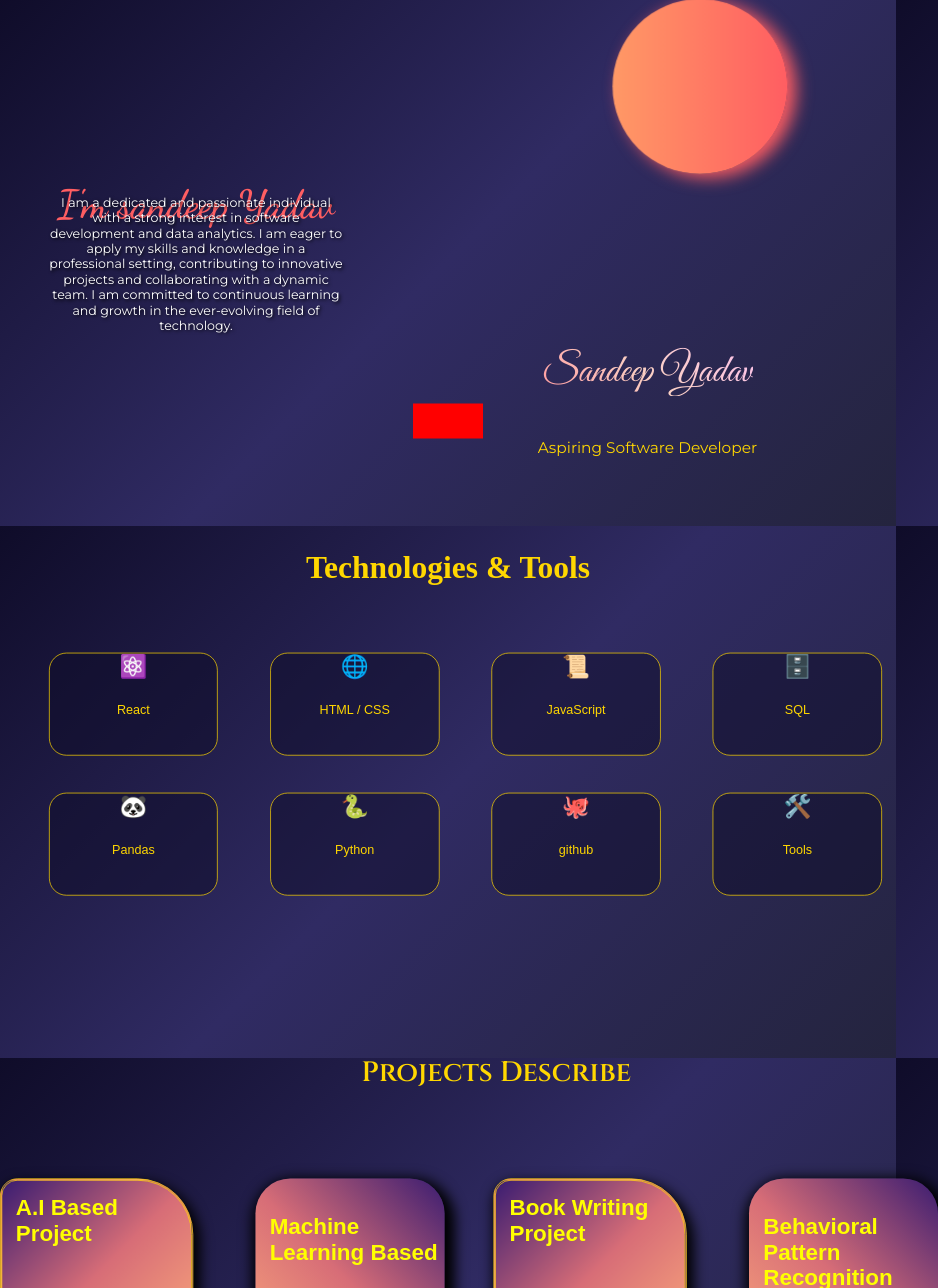
Repository: SandeepYadav18717/Sandeep_portfolio
Page: /
The author's editor kept a copy of each file at every save. The page is drawn from the files as they stood at one save, then again after the next save.
The browser window is 1280 px wide. The page is 1340 px wide, so the pictures cover 1340 px, including what lies to the right of the window. The pictures show the part of the page from y = 768 to 2608 px (the page is 3735 px tall before and 3790 px after), at 70% of full size.
The project was rebuilt for these pictures with package versions that can differ from the ones it lists, and the page was loaded fresh each time. Also part of the build but not shown: vite.config.js, src/index.css.

Above is the page before, as saved 2025-09-02 02:12:22.

After the next save:
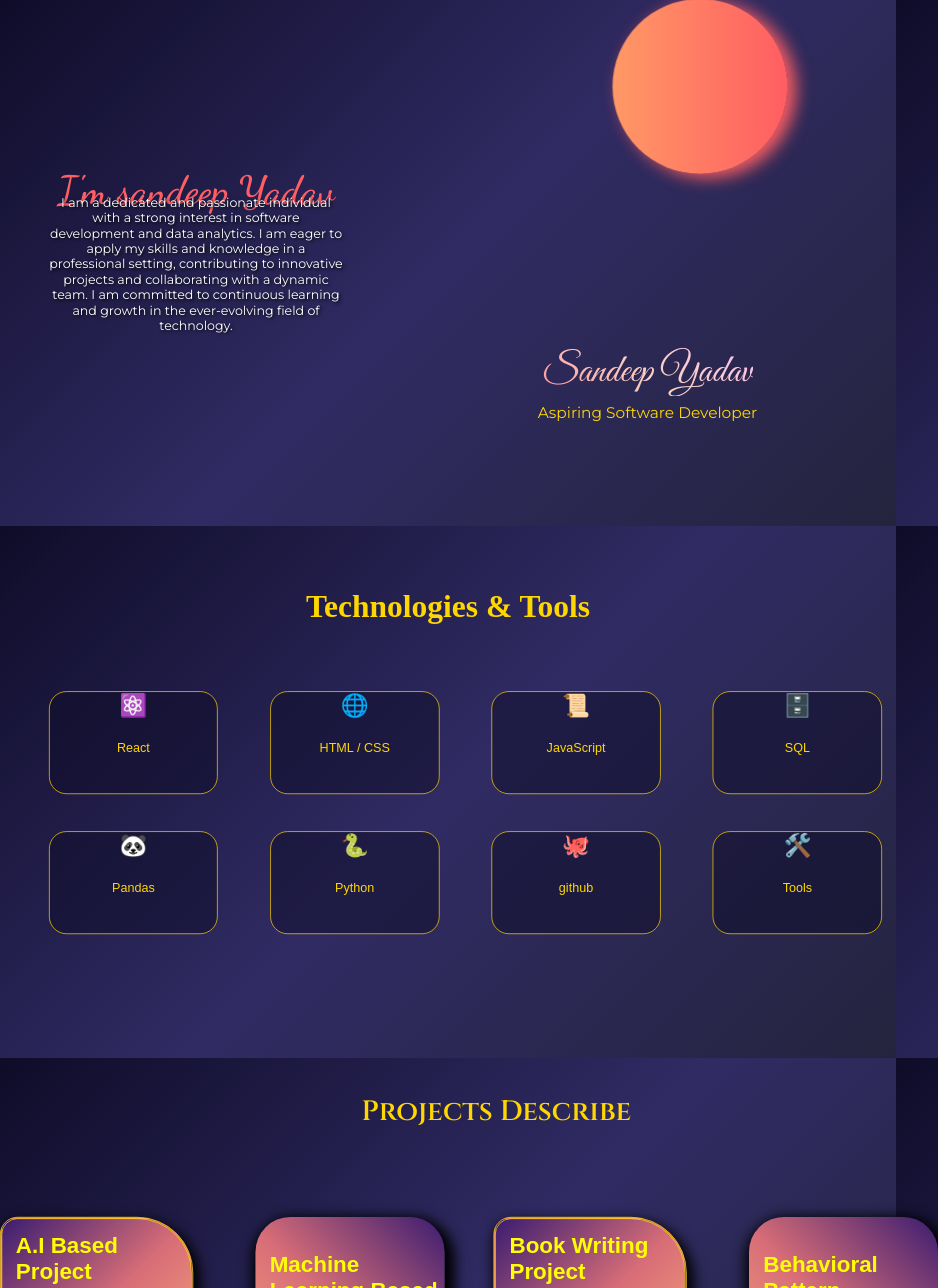
Saved 15 s later.
--- a/src/Pages/Index.jsx
+++ b/src/Pages/Index.jsx
@@ -23,13 +23,13 @@ function Home() {
    <div id="name">
           Sandeep Yadav
         </div>
-        <div id="Linkdin"></div>
+
    <div id="role">
           Aspiring Software Developer
         </div>
 
      </div>
-
+     <br/><br/><br/><br/><br/>
     </>
   );
 }
